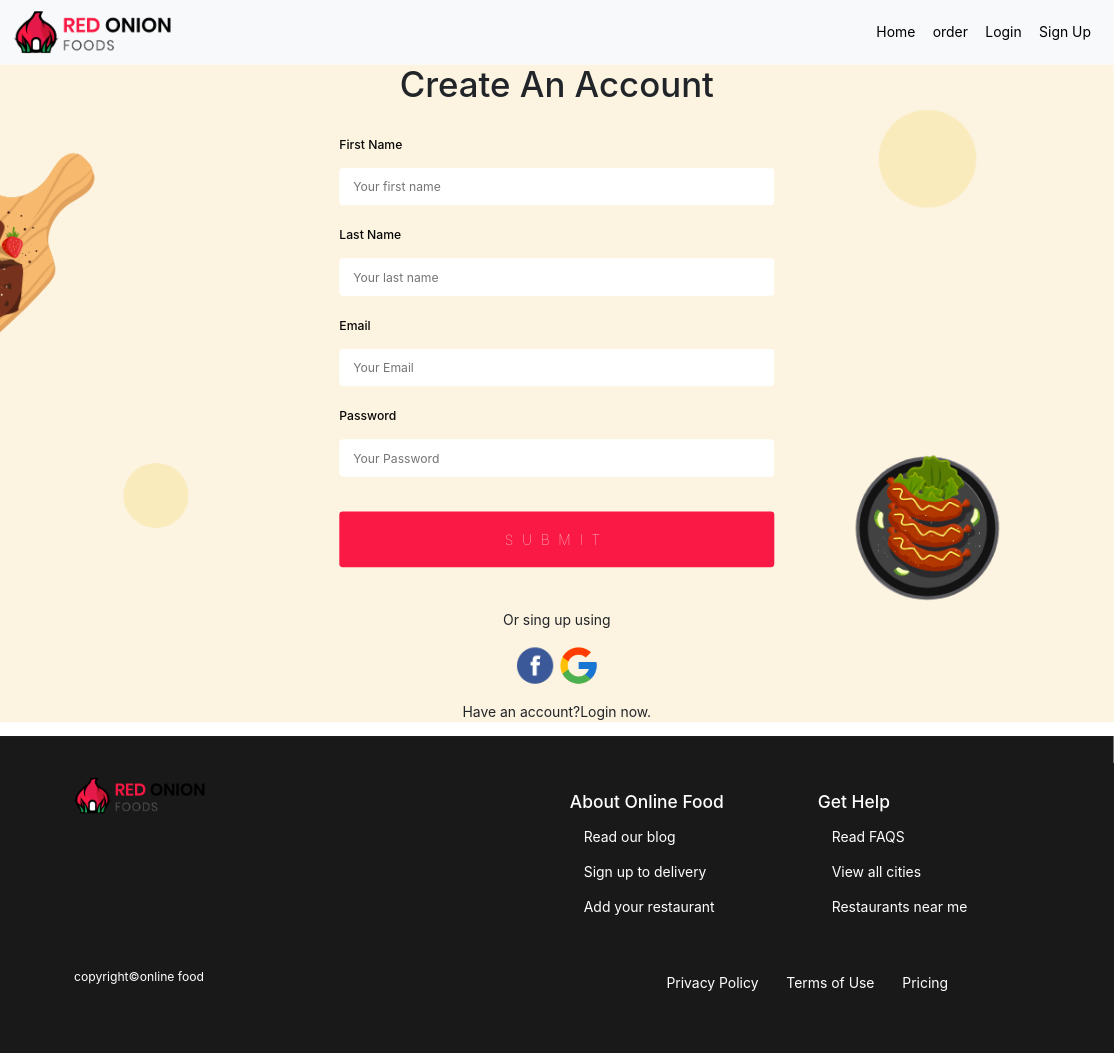
Repository: arif286/red-onion-client
Page: /signUp
An editor plug-in stored every save of this project. The page is shown before and after the next save, followed by the edit.
The browser window is 1280 px wide. The pictures show the whole page, at 87% of full size.
The project was rebuilt for these pictures with package versions that can differ from the ones it lists, and the page was loaded fresh each time. Some packages were replaced by stand-ins written for this rebuild. Also part of the build but not shown: src/App.css, src/components/CheckOut/CheckOut.css, src/components/CheckOut/CheckOutForm/CheckOutFrom.js, src/components/CheckOut/CheckOut.js, src/components/SearchBar/SearchBar.css, src/components/SearchBar/SearchBar.js, src/components/FoodDetails/FoodDetail.css, src/components/FoodDetails/FoodDetail.js and 7 more. Imported but missing from the stored project, and not drawn on this page: src/components/CheckOut/Map/Map.

Above is the page before, as saved 2021-04-07 02:50:20.

### public/index.html
<!DOCTYPE html>
<html lang="en">
  <head>
    <meta charset="utf-8" />
    <link rel="icon" href="%PUBLIC_URL%/favicon.ico" />
    <meta name="viewport" content="width=device-width, initial-scale=1" />
    <meta name="theme-color" content="#000000" />
    <meta
      name="description"
      content="Web site created using create-react-app"
    />
    <link rel="apple-touch-icon" href="%PUBLIC_URL%/logo192.png" />
    <!--
      manifest.json provides metadata used when your web app is installed on a
      user's mobile device or desktop. See https://developers.google.com/web/fundamentals/web-app-manifest/
    -->
    <link rel="manifest" href="%PUBLIC_URL%/manifest.json" />

    <!-- <link
      href="https://api.tiles.mapbox.com/mapbox-gl-js/v2.1.1/mapbox-gl.css"
      rel="stylesheet"
    /> -->
    <!--
      Notice the use of %PUBLIC_URL% in the tags above.
      It will be replaced with the URL of the `public` folder during the build.
      Only files inside the `public` folder can be referenced from the HTML.

      Unlike "/favicon.ico" or "favicon.ico", "%PUBLIC_URL%/favicon.ico" will
      work correctly both with client-side routing and a non-root public URL.
      Learn how to configure a non-root public URL by running `npm run build`.
    -->
    <title>Red Onion</title>
  </head>
  <body>
    <noscript>You need to enable JavaScript to run this app.</noscript>
    <div id="root"></div>
    <!--
      This HTML file is a template.
      If you open it directly in the browser, you will see an empty page.

      You can add webfonts, meta tags, or analytics to this file.
      The build step will place the bundled scripts into the <body> tag.

      To begin the development, run `npm start` or `yarn start`.
      To create a production bundle, use `npm run build` or `yarn build`.
    -->
  </body>
</html>

### src/App.js
import "bootstrap/dist/css/bootstrap.min.css";
import React, { createContext, useState } from "react";
import { BrowserRouter as Router, Route, Switch } from "react-router-dom";
import './App.css';
import CheckOut from "./components/CheckOut/CheckOut";
import Map from "./components/CheckOut/Map/Map";
import FoodDetail from "./components/FoodDetails/FoodDetail";
import Footer from "./components/Footer/Footer";
import Header from "./components/Header/Header";
import Home from './components/Home/Home';
import Login from "./components/LogIn/Login";
import Order from "./components/Order/Order";
import SingUp from "./components/SingUp/SingUp";


export const UserContext = createContext();
function App() {
  const [loggedInUser, setLoggedInUser] = useState({});
  return (
    <UserContext.Provider value={[loggedInUser, setLoggedInUser]}>
      <Router>
        <Header />
        <Switch>
          <Route path="/home">
            <Home />
          </Route>
          <Route path="/signUp">
            <SingUp />
          </Route>
          <Route path="/login">
            <Login />
          </Route>
          <Route path="/food/details/:foodId">
            <FoodDetail />
          </Route>
          <Route path='/checkOut'>
            <CheckOut/>
          </Route>
          <Route path='/order'>
            <Order/>
          </Route>
          <Route path='/map'>
            <Map/>
          </Route>
          <Route exact path="/">
            <Home/>
          </Route>
        </Switch>
        <Footer />
      </Router>
    </UserContext.Provider>
  );

}

export default App;

### src/components/Footer/Footer.js
import React from 'react';
import { NavLink } from 'react-bootstrap';
import Logo from '../../onion-restaurent/logo2.png';
import './Footer.css';

const Footer = () => {
    return (
      <footer>
        <div className="container">
          <div className="row pt-5">
            <div className="col-md-6 col-sm-12 pb-4">
              <img className="footer-img" src={Logo} alt="" />
            </div>
            <div className="col-md-3 col-sm-12 pb-4 mt-3">
              <h5 style={{color:'white'}}>About Online Food</h5>
              <ul className="nav flex-column">

                <li className="nav-item">
                  <NavLink className="nav-link footer-link" to="/">
                    Read our blog
                  </NavLink>
                </li>
                <li className="nav-item">
                  <NavLink className="nav-link footer-link" to="/">
                    Sign up to delivery
                  </NavLink>
                </li>
                <li className="nav-item">
                  <NavLink className="nav-link footer-link" to="/">
                    Add your restaurant
                  </NavLink>
                </li>
              </ul>
            </div>
            <div className="col-md-3 col-sm-12 pb-4 mt-3">
              <h5 style={{color:'white'}}>Get Help</h5>
              <ul className="nav flex-column">
                <li className="nav-item">
                  <NavLink className="nav-link footer-link" to="/">
                    Read FAQS
                  </NavLink>
                </li>
                <li className="nav-item">
                  <NavLink className="nav-link footer-link" to="/">
                    View all cities
                  </NavLink>
                </li>
                <li className="nav-item">
                  <NavLink className="nav-link footer-link" to="/">
                    Restaurants near me
                  </NavLink>
                </li>
              </ul>
            </div>
          </div>

          <div className="row align-items-center mt-4">
            <div className="col-md-7">
              <p className='copy-right'>
                <small>
                  copyright<span>&#169;</span>online food
                </small>
              </p>
            </div>
            <div className="col-md-5">
              <div className='d-flex'>
                <NavLink className="footer-link">Privacy Policy</NavLink>
                <NavLink className="footer-link">Terms of Use</NavLink>
                <NavLink className="footer-link">Pricing</NavLink>
              </div>
            </div>
          </div>
        </div>
      </footer>
    );
};

export default Footer;

### src/components/Header/Header.js
import React from 'react';
import { Nav, Navbar } from 'react-bootstrap';
import { NavLink } from 'react-router-dom';
// import { NavLink } from "react-router-dom";
import logo from '../../onion-restaurent/logo2.png';
import './Header.css';
const Header = () => {

    return (
      <div>
        <Navbar bg="light" expand="lg">
          <Navbar.Brand href="#home">
            <img
              src={logo}
              width="180"
              className="d-inline-block align-top"
              alt="React Bootstrap logo"
            />
          </Navbar.Brand>
          <Navbar.Toggle aria-controls="basic-navbar-nav" />
          <Navbar.Collapse id="basic-navbar-nav">
            <Nav className="ml-auto">
              <NavLink className="header-link" to="/home">
                Home
              </NavLink>
              <NavLink className="header-link" to="/order">
                order
              </NavLink>
              <NavLink className="header-link" to="/login">
                Login
              </NavLink>
              <NavLink className="header-link" to="/signUp">
                Sign Up
              </NavLink>
            </Nav>
          </Navbar.Collapse>
        </Navbar>
      </div>
    );
};

export default Header;

### src/components/SingUp/SingUp.js
import React, { useContext, useState } from 'react';
import { useForm } from "react-hook-form";
import { useHistory, useLocation } from 'react-router-dom';
import { UserContext } from '../../App';
import image from '../../onion-restaurent/bannerbackground.png';
import { createAccountWithEmailPassword, initializeLoginFramework } from '../LogIn/LoginManager';
import WithoutLogin from '../LogIn/WithoutLogin';
import './SingUp.css';
const bgImage = {
  backgroundImage: `url(${image})`,
  backgroundRepeat: "no-repeat, repeat",
  backgroundSize: "cover",
    backgroundPosition: "bottom",
};

const SingUp = () => {
  const [loggedInUser, setLoggedInUser] = useContext(UserContext);

    const { register, handleSubmit, errors } = useForm();
  initializeLoginFramework();
    let history = useHistory();
  let location = useLocation();
  let { from } = location.state || { from: { pathname: "/" } };

    const onSubmit = (data) => {
        const { firstName, lastName, email, password } = data;
        const name = `${firstName} ${lastName}`
        createAccountWithEmailPassword(email, password, name)
          .then(res => {
            console.log(res)
            // console.log(res.displayName, res.email)
            setLoggedInUser(res);
            history.replace(from);
          })
          .catch(error => {
          console.log(error)
            setLoggedInUser(error);
        })
    };
  const [login, setLogin] = useState(false);
  const handleToggleLogin = () => {
    console.log('click me')

  }
    return (
      <div style={bgImage}>
        <div className="container">
          <h1 className="form-header"> Create An Account</h1>
          {loggedInUser.email && (
            <div className="alert alert-success" role="alert">
              Your account has been created successfully!
            </div>
          )}
          <form className="form-submit" onSubmit={handleSubmit(onSubmit)}>
            <label htmlFor="firstName">First Name</label>
            <input
              defaultValue=""
              name="firstName"
              placeholder="Your first name"
              ref={register({
                validate: (value) => value.length > 3,
                required: true,
              })}
            />
            {errors.firstName && (
              <p>Your first name is less than 3 characters</p>
            )}

            <label htmlFor="lastName">Last Name</label>
            <input
              defaultValue=""
              name="lastName"
              placeholder="Your last name"
              ref={register({
                validate: (value) => value.length > 2,
                required: true,
              })}
            />
            {errors.lastName && <p>Your last name is less than 2 characters</p>}

            <label htmlFor="email">Email</label>
            <input
              defaultValue=""
              name="email"
              placeholder="Your Email"
              type="email"
              ref={register({
                required: true,
                pattern: /^(([^<>()[\]\\.,;:\s@"]+(\.[^<>()[\]\\.,;:\s@"]+)*)|(".+"))@((\[[0-9]{1,3}\.[0-9]{1,3}\.[0-9]{1,3}\.[0-9]{1,3}\])|(([a-zA-Z\-0-9]+\.)+[a-zA-Z]{2,}))$/,
              })}
            />
            {errors.email && <p>Your email is invalid</p>}

            <label htmlFor="password">Password</label>
            <input
              defaultValue=""
              name="password"
              placeholder="Your Password"
              type="password"
              ref={register({
                required: true,
                pattern: /^(?=.*\d)(?=.*[a-z])(?=.*[A-Z]).{6,20}$/,
              })}
            />
            {errors.password && (
              <p>
                password between 6 to 20 characters which contain one numeric
                digit, one uppercase and one lowercase letter.
              </p>
            )}
            <input type="submit" />
          </form>
          {!loggedInUser.success && <p>{loggedInUser.error}</p>}
          <div>
            <WithoutLogin />
            <p className="text-center">
              Have an account?
              <span onClick={()=>handleToggleLogin()}>Login now.</span>
            </p>
          </div>
        </div>
      </div>
    );
};

export default SingUp;

### src/components/Footer/Footer.css
.footer-img {
  width: 150px;
}
footer {
  background-color: #191919;
  padding-bottom: 60px;
}
.footer-link {
  color: white;
}
.footer-link:hover {
  color: #878787;
}
.copy-right {
  color: white;
}

### src/components/Header/Header.css
.header-link {
  color: black;
  display: inline-block;
  padding: 10px;
}
.header-link:hover {
  text-decoration: none;
  color: #777777;
}
.cart-btn {
  border: none;
  background: none;
}

### src/components/LogIn/WithoutLogin.js
import React, { useContext } from 'react';
import { useHistory, useLocation } from "react-router-dom";
import { UserContext } from '../../App';
import facebook from "../../onion-restaurent/ICON/Facebook.png";
import google from "../../onion-restaurent/ICON/Google.png";
import "./Login.css";
import {
    handleFacebookSignIn,
    handleGoogleSingIn,
    initializeLoginFramework
} from "./LoginManager";


const WithoutLogin = () => {
    const [loggedInUser, setLoggedInUser] = useContext(UserContext);
    const history = useHistory();
    const location = useLocation();
    const { from } = location.state || { from: { pathname: "/" } };

    initializeLoginFramework();

      const handleGoogleLogin = () => {
        handleGoogleSingIn().then((res) => {
          console.log(res);
          setLoggedInUser(res);
          history.replace(from);
        });
        console.log("click me");
    };

      const handleFacebookLogin = () => {
        handleFacebookSignIn()
          .then((res) => {
            setLoggedInUser(res);
          })
          .catch((error) => {
            setLoggedInUser(error);
          });
      };
    return (
      <div className="mt-5">
        <p className="text-center">Or sing up using</p>
        <div className="d-flex justify-content-center">
          <p className="icon">
            <img onClick={handleFacebookLogin} src={facebook} alt="" />
          </p>
          <p className="icon">
            <img onClick={handleGoogleLogin} src={google} alt="" />
          </p>
        </div>
      </div>
    );
};

export default WithoutLogin;

### src/components/SingUp/SingUp.css
.form-submit {
  max-width: 500px;
  margin: 0 auto;
}

.form-header {
  /* font-weight: 100; */
  text-align: center;
  padding-bottom: 10px;
}

.form {
  background: #0e101c;
  max-width: 400px;
  margin: 0 auto;
}

.form-submit p {
  color: #bf1650;
}

.form-submit p::before {
  display: inline;
  content: "⚠ ";
}

.form-submit input {
  display: block;
  box-sizing: border-box;
  width: 100%;
  border-radius: 4px;
  border: 1px solid white;
  padding: 10px 15px;
  margin-bottom: 10px;
  font-size: 14px;
}

.form-submit label {
  line-height: 2;
  text-align: left;
  display: block;
  margin-bottom: 13px;
  margin-top: 20px;
  color: #080707;
  font-size: 14px;
  font-weight: 500;
}

button[type="submit"],
.form-submit input[type="submit"] {
  background: #f91944;
  color: white;
  text-transform: uppercase;
  border: none;
  margin-top: 40px;
  padding: 20px;
  font-size: 16px;
  font-weight: 100;
  letter-spacing: 10px;
}

button[type="submit"]:hover,
.form-submit input[type="submit"]:hover {
  background: #ee1e47;
}

/* button[type="submit"]:active,
.form-submit input[type="button"]:active,
.form-submit input[type="submit"]:active {
  transition: 0.3s all;
  transform: translateY(3px);
  border: 1px solid transparent;
  opacity: 0.8;
}

.form-submit input:disabled {
  opacity: 0.4;
}

.form-submit input[type="button"]:hover {
  transition: 0.3s all;
}

button[type="submit"],
.form-submit input[type="button"],
.form-submit input[type="submit"] {
  -webkit-appearance: none;
}

.App {
  max-width: 600px;
  margin: 0 auto;
}

button[type="button"] {
  display: block;
  appearance: none;
  background: #333;
  color: white;
  border: none;
  text-transform: uppercase;
  padding: 10px 20px;
  border-radius: 4px;
}

pre {
  color: white;
}

hr {
  margin-top: 30px;
}

button {
  display: block;
  appearance: none;
  margin-top: 40px;
  border: 1px solid #333;
  margin-bottom: 20px;
  text-transform: uppercase;
  padding: 10px 20px;
  border-radius: 4px;
} */

### src/components/LogIn/firebase.config.js
const firebaseConfig = {
  apiKey: "AIzaSyBWzfoc-TsST_RbsttCqWiNlDbUF6bRq4I",
  authDomain: "red-onion-food-shop.firebaseapp.com",
  projectId: "red-onion-food-shop",
  storageBucket: "red-onion-food-shop.appspot.com",
  messagingSenderId: "577645791834",
  appId: "1:577645791834:web:0a8111144bda71c388e663",
};
export default firebaseConfig;

### src/components/LogIn/Login.css
.icon img {
  width: 50px;
}

Loaded but not shown: src/index.js (common file); src/index.css (common file); src/reportWebVitals.js (common file); src/components/LogIn/LoginManager.js (130 lines, source omitted)

After the next save:
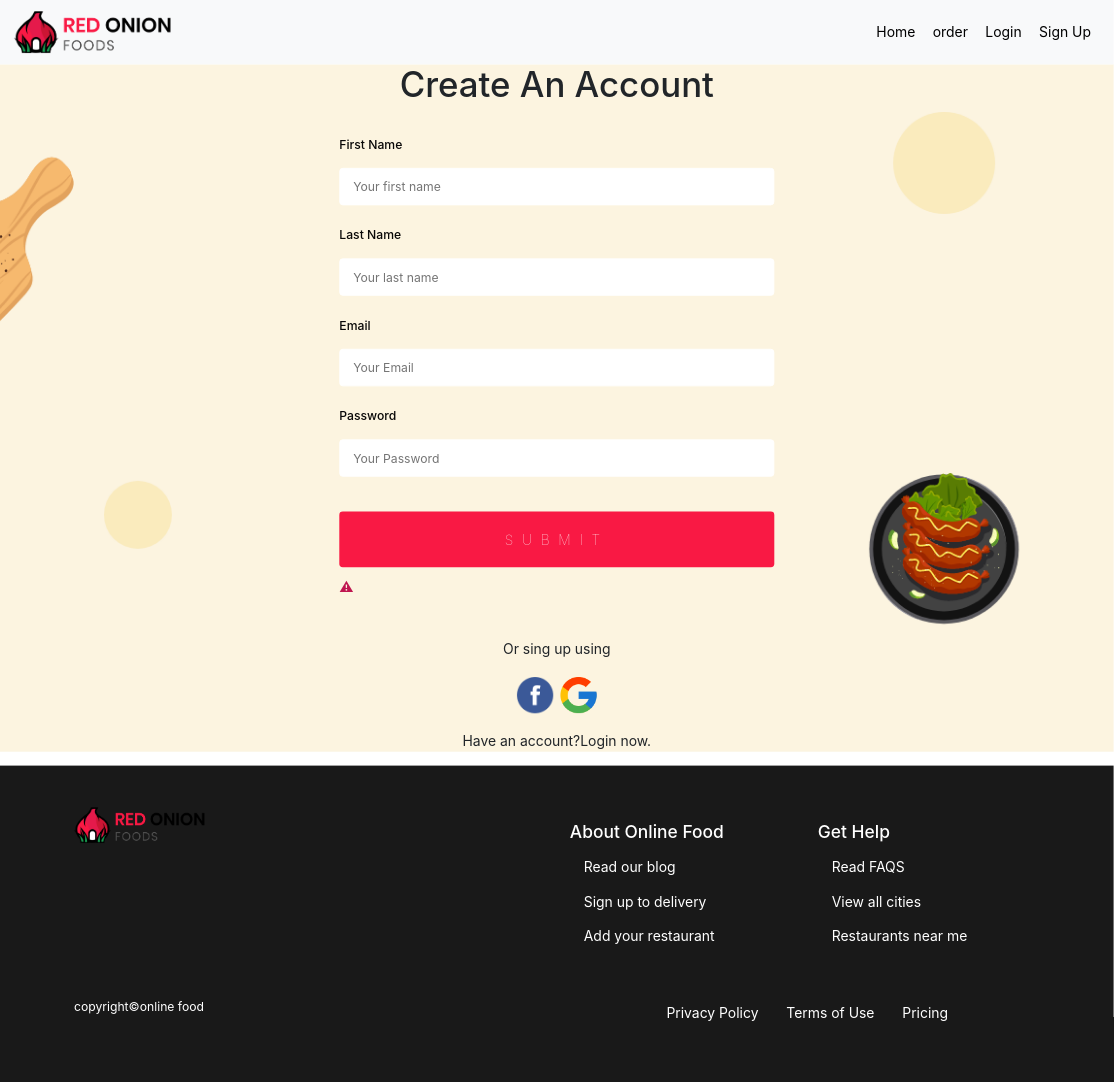
Saved 2 min 15 s later.
--- a/src/components/SingUp/SingUp.js
+++ b/src/components/SingUp/SingUp.js
@@ -40,17 +40,13 @@ const SingUp = () => {
   const [login, setLogin] = useState(false);
   const handleToggleLogin = () => {
     console.log('click me')
+    setLogin(true)
 
   }
     return (
       <div style={bgImage}>
         <div className="container">
           <h1 className="form-header"> Create An Account</h1>
-          {loggedInUser.email && (
-            <div className="alert alert-success" role="alert">
-              Your account has been created successfully!
-            </div>
-          )}
           <form className="form-submit" onSubmit={handleSubmit(onSubmit)}>
             <label htmlFor="firstName">First Name</label>
             <input
@@ -109,13 +105,14 @@ const SingUp = () => {
               </p>
             )}
             <input type="submit" />
+            {!loggedInUser.success && <p>{loggedInUser.error}</p>}
           </form>
-          {!loggedInUser.success && <p>{loggedInUser.error}</p>}
+
           <div>
             <WithoutLogin />
             <p className="text-center">
               Have an account?
-              <span onClick={()=>handleToggleLogin()}>Login now.</span>
+              <span onClick={() => handleToggleLogin()}>Login now.</span>
             </p>
           </div>
         </div>

After the save that followed:
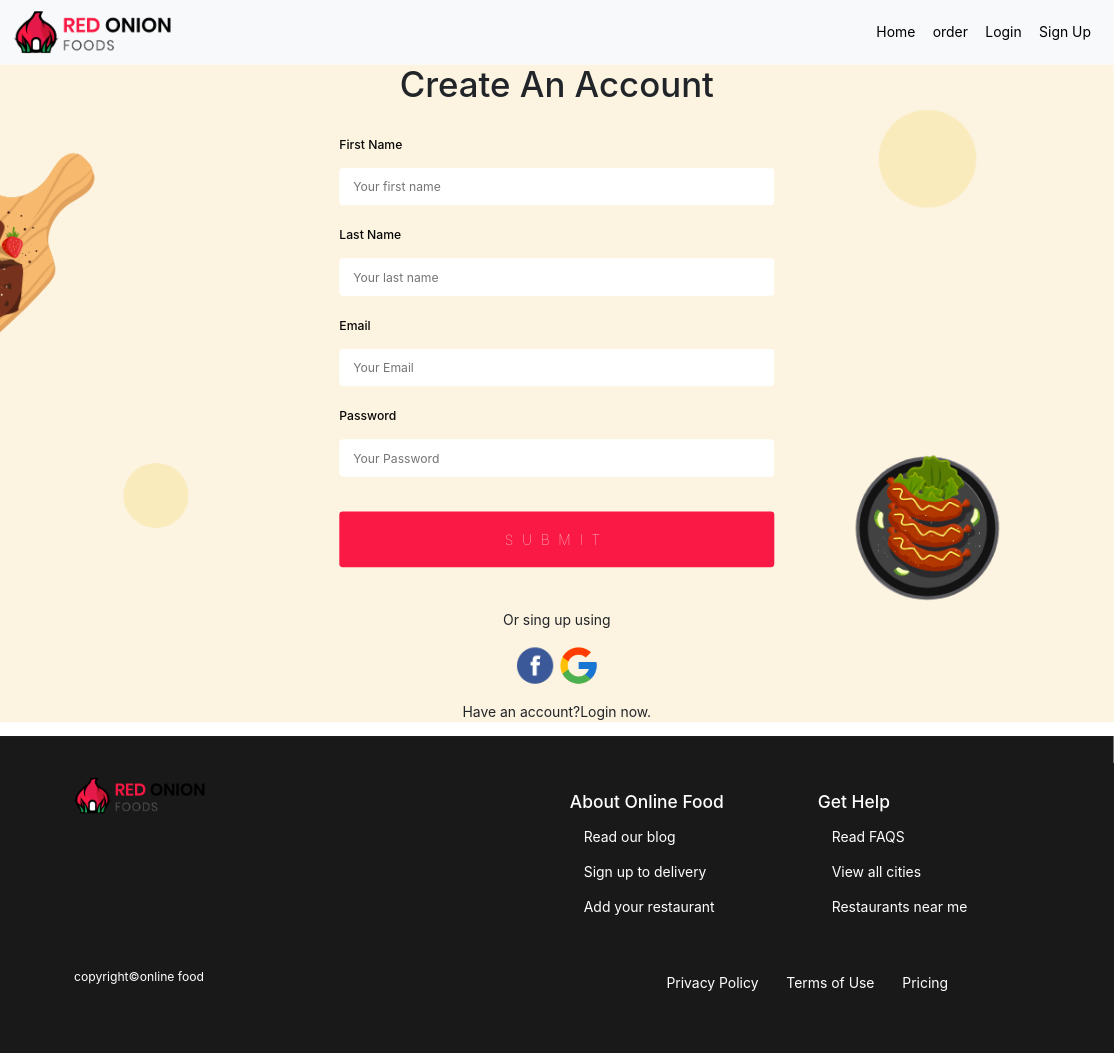
Saved 73 s later.
--- a/src/components/SingUp/SingUp.js
+++ b/src/components/SingUp/SingUp.js
@@ -105,7 +105,7 @@ const SingUp = () => {
               </p>
             )}
             <input type="submit" />
-            {!loggedInUser.success && <p>{loggedInUser.error}</p>}
+            {loggedInUser.success && <p>{loggedInUser.error}</p>}
           </form>
 
           <div>
